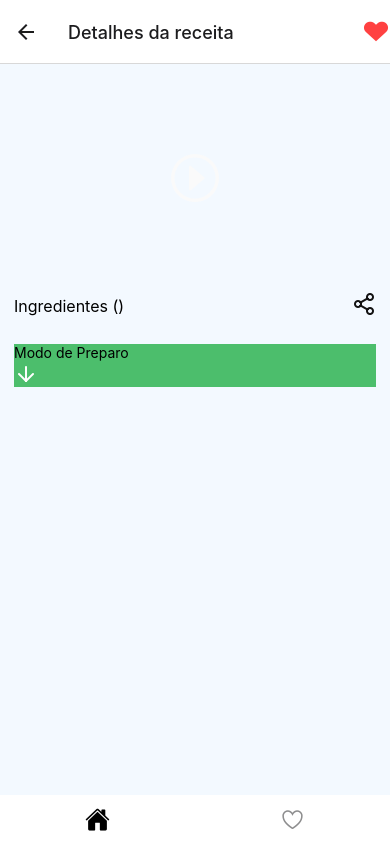
Repository: pheonix5/Receitas
Screen: /Detail
The author's editor kept a copy of each file at every save. The screen is drawn from the files as they stood at one save, then again after the next save.
The page's requests for data from a server got no answer. The app was drawn by React Native's web renderer in a window 390 px wide. The project was rebuilt for these pictures with package versions that can differ from the ones it lists, and the page was loaded fresh each time. No one was signed in, and anything a server would have sent is missing. Also part of the build but not shown: src/components/foodlist/index.js, src/components/ingredients/index.js, src/components/instructions/index.js, src/pages/search/index.js, src/pages/favorites/index.js.

Above is the screen before, as saved 2023-04-08 20:28:39.

After the next save:
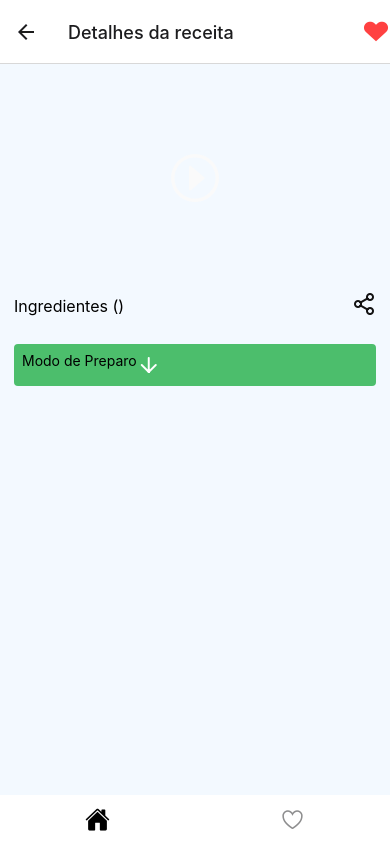
Saved 36 s later.
--- a/src/pages/detail/index.js
+++ b/src/pages/detail/index.js
@@ -104,6 +104,10 @@ const styles = StyleSheet.create({
       marginBottom: 14
     },
     instructionsArea:{
-      backgroundColor: '#4cbe6c'
+      backgroundColor: '#4cbe6c',
+      flexDirection: 'row',
+      padding: 8,
+      borderRadius: 4,
+      marginBottom: 14
     }
 })
